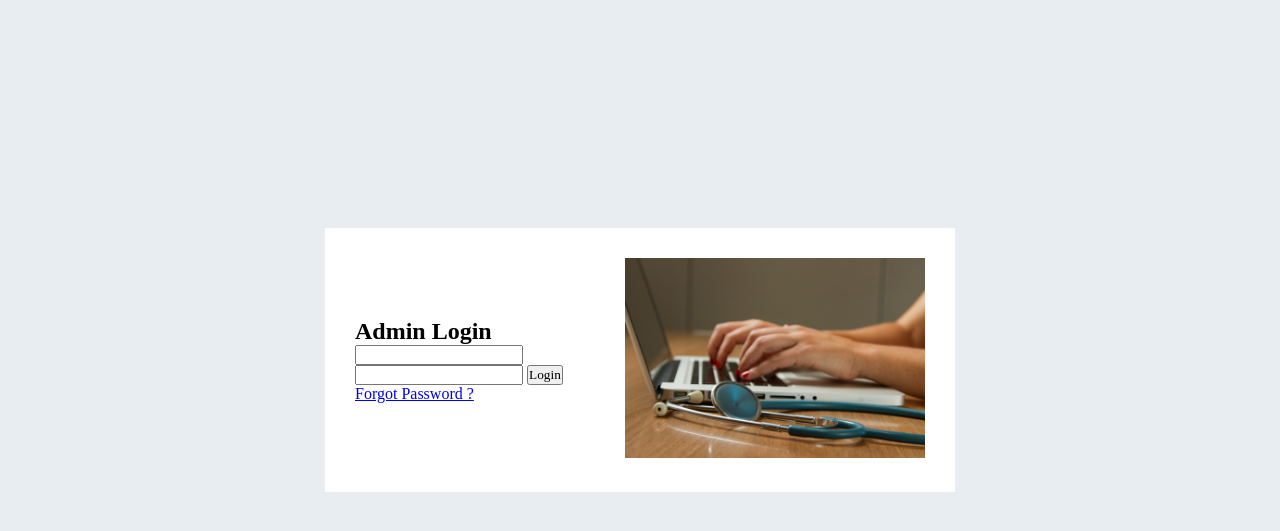
Repository: GauraVPandeyyy/Final-Neuro-dentica
Page: http://localhost/Admin-Panel/login.php
These files come from the project's save history. The page is drawn as it stood at one moment and after a run of saves; the edit follows.
The browser window is 1280 px wide. The pictures show the whole page.
The page is run by PHP 8.4 with error messages shown; the project is at /var/www/html/.

Above is the page before, as saved 2024-11-10 19:16:33.

After the next 2 saves:
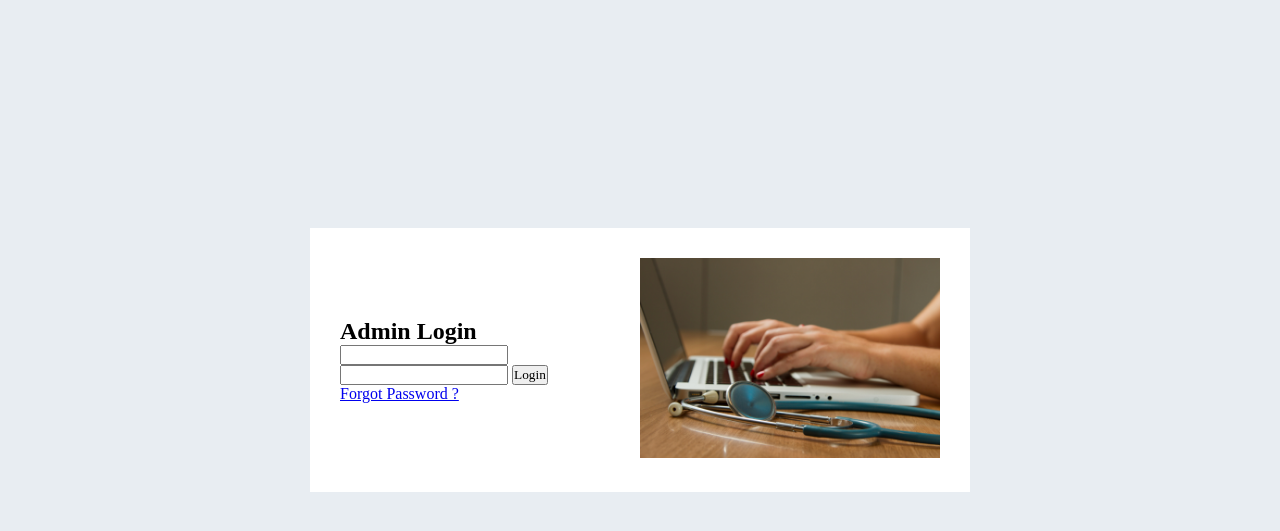
The 2 saves are shown as one change because they came seconds apart.
The last was saved 7 s later.
--- a/Admin-Panel/login.css
+++ b/Admin-Panel/login.css
@@ -26,5 +26,5 @@ body{
 
 div.container div.myForm{
     width: 270px;
-    mar
+    margin-right: 30px;
 }
